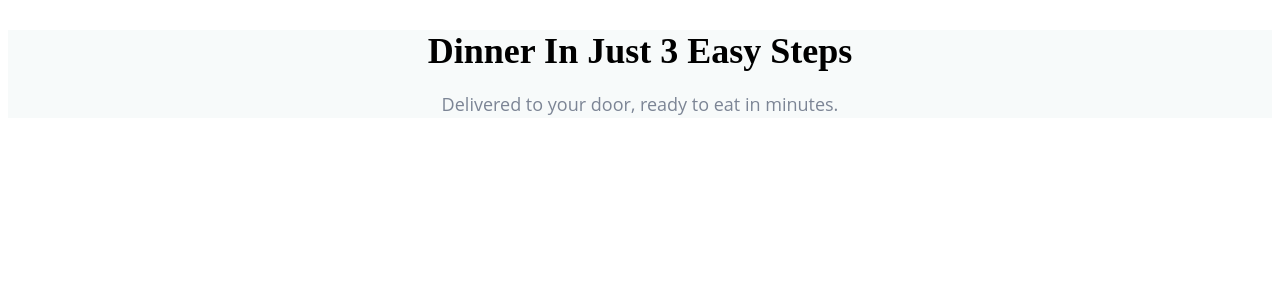
Repository: ST-United-Internship/leadpage
Page: card-UI.html
The author's editor kept a copy of each file at every save. The page is drawn from the files as they stood at one save, then again after the next save.
The browser window is 1280 px wide. The page is 1280 px wide, then 1287 px, then 1280 px, so the pictures cover 1287 px, including what lies to the right of the window. The pictures show the whole page.

Above is the page before, as saved 2023-03-15 14:52:42.

### card-UI.html
<!DOCTYPE html>
<html lang="en">
<head>
    <meta charset="UTF-8">
    <meta http-equiv="X-UA-Compatible" content="IE=edge">
    <meta name="viewport" content="width=device-width, initial-scale=1.0">
    <title>Document</title>
    <link rel="stylesheet" href="css/card-UI.css">
    <link rel="stylesheet" href="css/common.css">
    <link rel="stylesheet" href="https://use.fontawesome.com/releases/v5.15.4/css/all.css" integrity="sha384-DyZ88mC6Up2uqS4h/KRgHuoeGwBcD4Ng9SiP4dIRy0EXTlnuz47vAwmeGwVChigm" crossorigin="anonymous"/>
</head>
<body>
        <section>
            <!--begin title-->
            <div class="about">
                <div class="columm">
                    <div class="title-text">
                        <h2>Dinner In Just 3 Easy Steps</h2>
                        <p>Delivered to your door, ready to eat in minutes.</p>
                    </div>
                </div>
            </div>
            <!--begin card-->
            <div class="card-UI">
                <div class="about">
                    <div class="columm">

                    </div>
                </div>
            </div>
        </section>
</body>
</html>

### css/card-UI.css
section{
    background: #f7fafa;
    /* padding: 90px 0 100px 0; */
}

.about{
    background-color: #f7fafa;
}

.about .columm{
    /* display: flex;
    flex-wrap: wrap;
    margin-right: -15px;
    margin-left: -15px; */
}
 .title-text{
    text-align: center;
}

.about .columm .title-text h2{
    font-size: 36px;
    margin-bottom: 10px;
}

.about .columm .title-text p{
    font-size: 18px;
    line-height: 28px;
    font-weight: 400;
    color: #7c8595;
    margin-bottom: 15px;
    font-family: 'Open Sans', sans-serif;
}

### css/common.css
.container {
  max-width: 80%;
  margin: auto;
  border: 1px solid blue;
}
.card {
  width: 400px;
}
.space-vertical {
  padding: 20px 0;
}

.space-horizontal {
  padding: 0 20px;
}

*,
**,
*::before,
*::after {
  box-sizing: border-box;
}

After the next save:
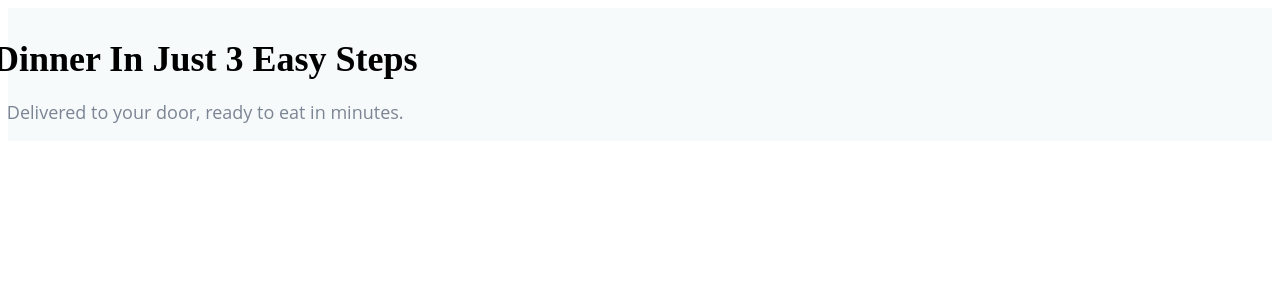
Saved 9 s later.
--- a/css/card-UI.css
+++ b/css/card-UI.css
@@ -8,10 +8,10 @@
 }
 
 .about .columm{
-    /* display: flex;
+    display: flex;
     flex-wrap: wrap;
     margin-right: -15px;
-    margin-left: -15px; */
+    margin-left: -15px;
 }
  .title-text{
     text-align: center;

After the save that followed:
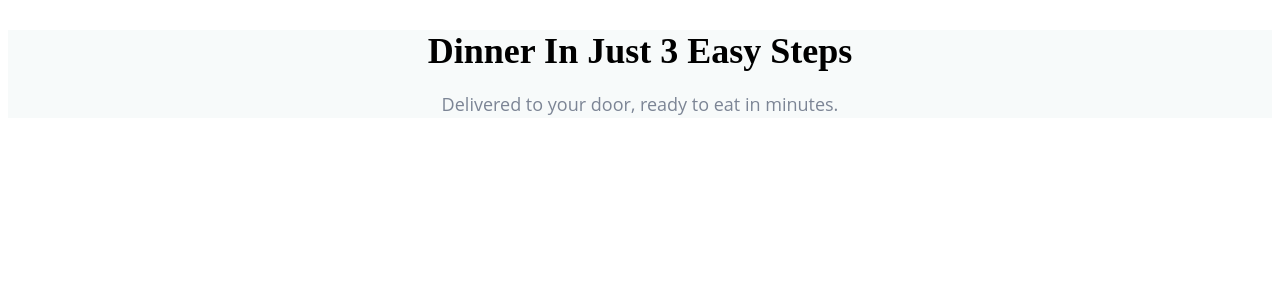
Saved 6 s later.
--- a/css/card-UI.css
+++ b/css/card-UI.css
@@ -8,10 +8,10 @@
 }
 
 .about .columm{
-    display: flex;
+    /* display: flex;
     flex-wrap: wrap;
     margin-right: -15px;
-    margin-left: -15px;
+    margin-left: -15px; */
 }
  .title-text{
     text-align: center;
